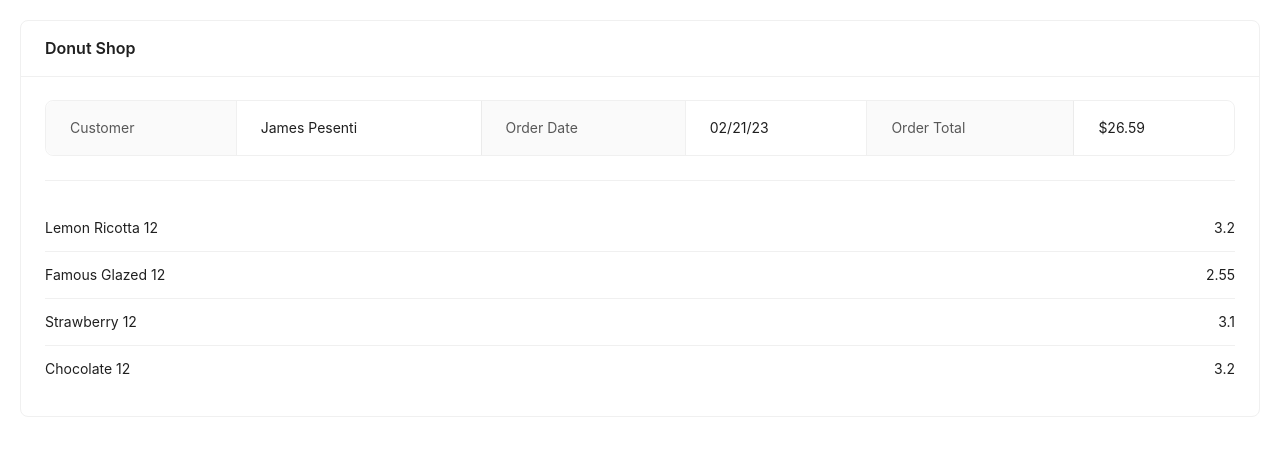
Repository: JamesPesenti/DonutShopDashboard
Page: /settings
These files come from the project's save history. The page is drawn as it stood at one moment and after the next save; the edit follows.
The browser window is 1280 px wide. The pictures show the whole page.
The project was rebuilt for these pictures with package versions that can differ from the ones it lists, and the page was loaded fresh each time.

Above is the page before, as saved 2023-03-22 13:51:49.

### src/App.js
import { Card, Descriptions, Divider, List, Button } from "antd"
import donuts from "../src/data/donuts"

function App() {
  return (
    <>
      <Card style={{ margin: 20 }} title={"Donut Shop"}>
        <Descriptions bordered column={{lg: 1, md: 1, sm: 1}}>
          <Descriptions.Item label="Customer">
            James Pesenti
          </Descriptions.Item>
          <Descriptions.Item label="Order Date">
            02/21/23
          </Descriptions.Item>
          <Descriptions.Item label="Order Total">
            $26.59
          </Descriptions.Item>
        </Descriptions>
        <Divider />
        <List
          dataSource={donuts}
          renderItem={(donutItem) => (
            <List.Item>
              <div>{donutItem.flavor} {donutItem.quantity}</div>
              <div>{donutItem.price}</div>
            </List.Item>
          )}
        />
      </Card>
    </>
  );
}

export default App;

### src/data/donuts.js
export default [
    {
        flavor: "Lemon Ricotta",
        image: "https://t3.ftcdn.net/jpg/04/90/71/94/240_F_490719448_y4LhTnor5VL2gk9DYhwIw3ZRcZQ1beeD.jpg",
        price: 3.20,
        avgRating: 4.8,
        calories: 190,
        quantity: 12,
        descriptiion: "Made with fresh ricotta and lemon zest",
    },
    {
        flavor: "Famous Glazed",
        image: "https://t3.ftcdn.net/jpg/00/70/16/96/240_F_70169698_gr2Xm6hqPIFLC2kAsjOVRATbBLVDZLn5.jpg",
        price: 2.55,
        avgRating: 4.7,
        calories: 242,
        quantity: 12,
        descriptiion: "Our famous, made fresh everyday glazed",
    },
    {
        flavor: "Strawberry",
        image: "https://t3.ftcdn.net/jpg/00/20/33/94/240_F_20339434_0DNEcWb7vTsrpw1g2tSHmrFc3Fh5G9C6.jpg",
        price: 3.10,
        avgRating: 4.6,
        calories: 189,
        quantity: 12,
        descriptiion: "Made with organic strawberries from florida",
    },
    {
        flavor: "Chocolate",
        image: "https://t3.ftcdn.net/jpg/02/54/64/44/240_F_254644452_0dCYufJiJP5Aw3LxX8x0hzlicqYsb5HR.jpg",
        price: 3.20,
        avgRating: 4.7,
        calories: 297,
        quantity: 12,
        descriptiion: "Tastes like a slice of chocolate cake!",
    },
]

Loaded but not shown: public/index.html (common file); src/index.js (common file); src/index.css (common file)

After the next save:
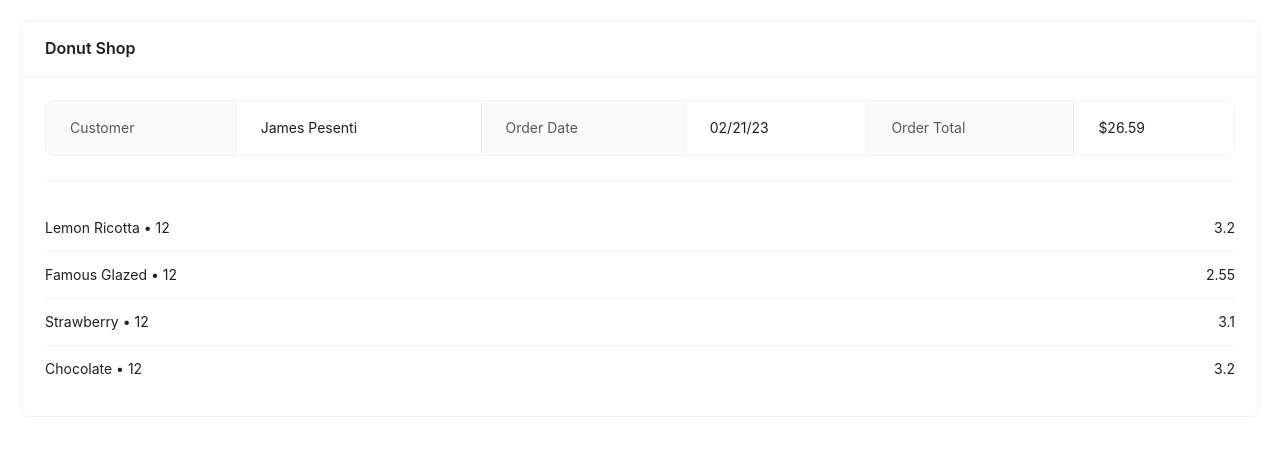
Saved 81 s later.
--- a/src/App.js
+++ b/src/App.js
@@ -21,7 +21,7 @@ function App() {
           dataSource={donuts}
           renderItem={(donutItem) => (
             <List.Item>
-              <div>{donutItem.flavor} {donutItem.quantity}</div>
+              <div>{donutItem.flavor}  &#8226; {donutItem.quantity}</div>
               <div>{donutItem.price}</div>
             </List.Item>
           )}
